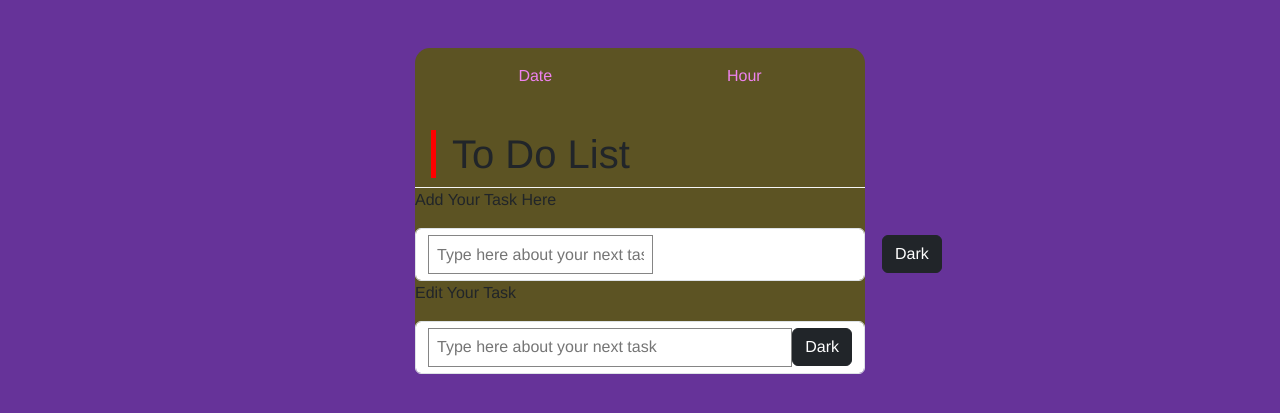
Repository: Passionblaz/TODO
Page: TODO/Untitled-1.html
An editor plug-in stored every save of this project. The page is shown before and after the next save, followed by the edit.
The browser window is 1280 px wide. The pictures show the whole page.

Above is the page before, as saved 2023-07-14 14:10:31.

After the next save:
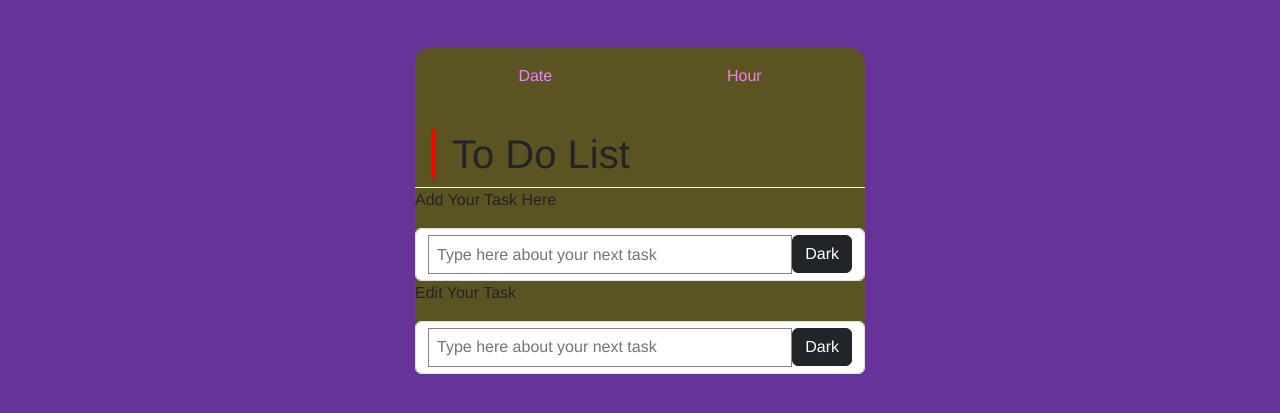
Saved 6 s later.
--- a/TODO/todostyles.css
+++ b/TODO/todostyles.css
@@ -72,6 +72,6 @@ header >h1 {
 
 
 .button {
-  padding-left: 229px;
+  ;
 
 }
